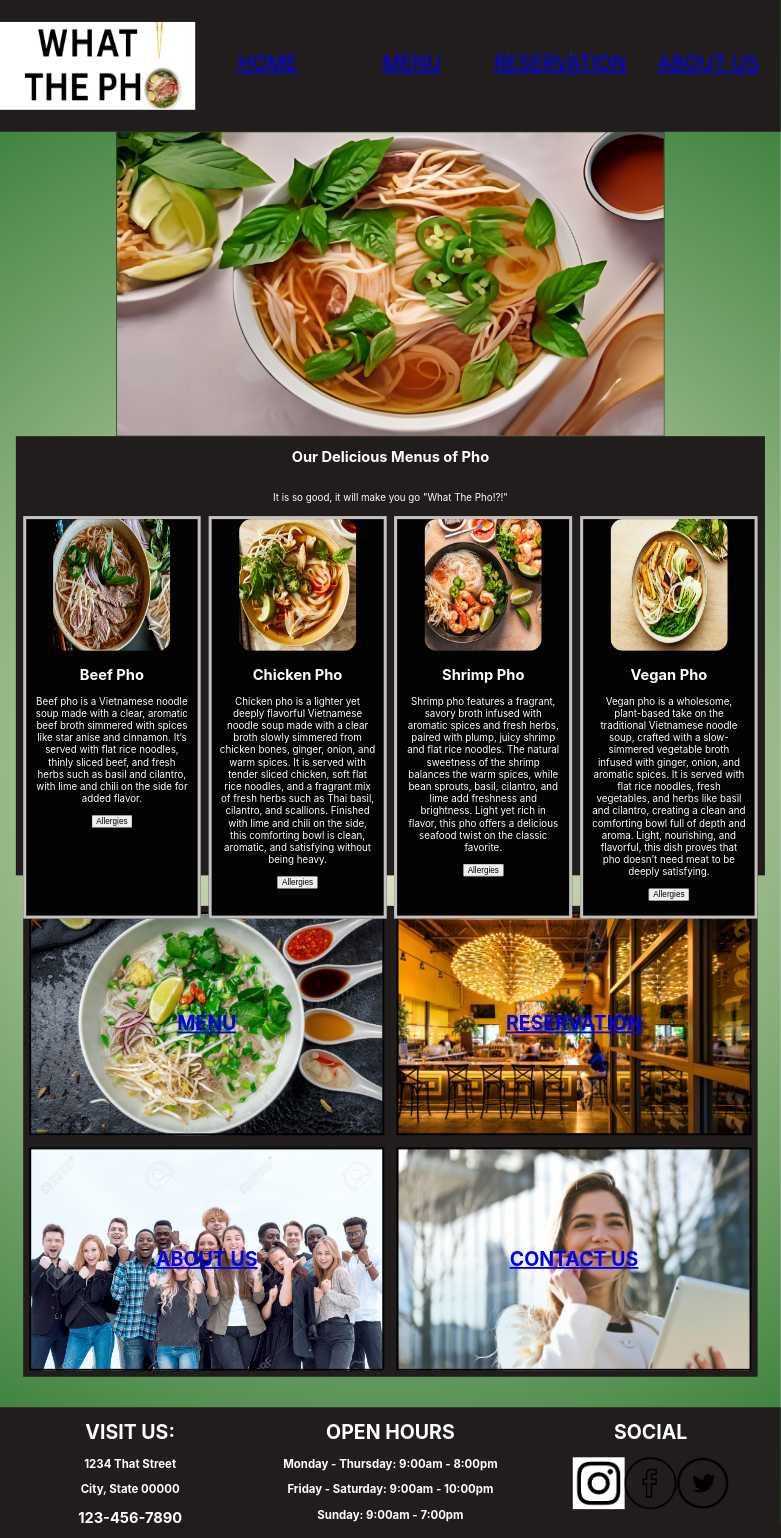
Repository: NguyenkhDang/Restaurant-Website
Page: /
These files come from the project's save history. The page is drawn as it stood at one moment and after the next save; the edit follows.
The browser window is 1280 px wide. The pictures show the whole page, at 61% of full size.
The project was rebuilt for these pictures with package versions that can differ from the ones it lists, and the page was loaded fresh each time. Also part of the build but not shown: src/Pages/MenuPage.js, src/ReservationForm.js, src/Pages/ReservationPage.js, src/Pages/AboutUsPage.js, src/Pages/ContactUsPage.js.

Above is the page before, as saved 2026-01-17 21:58:52.

After the next save:
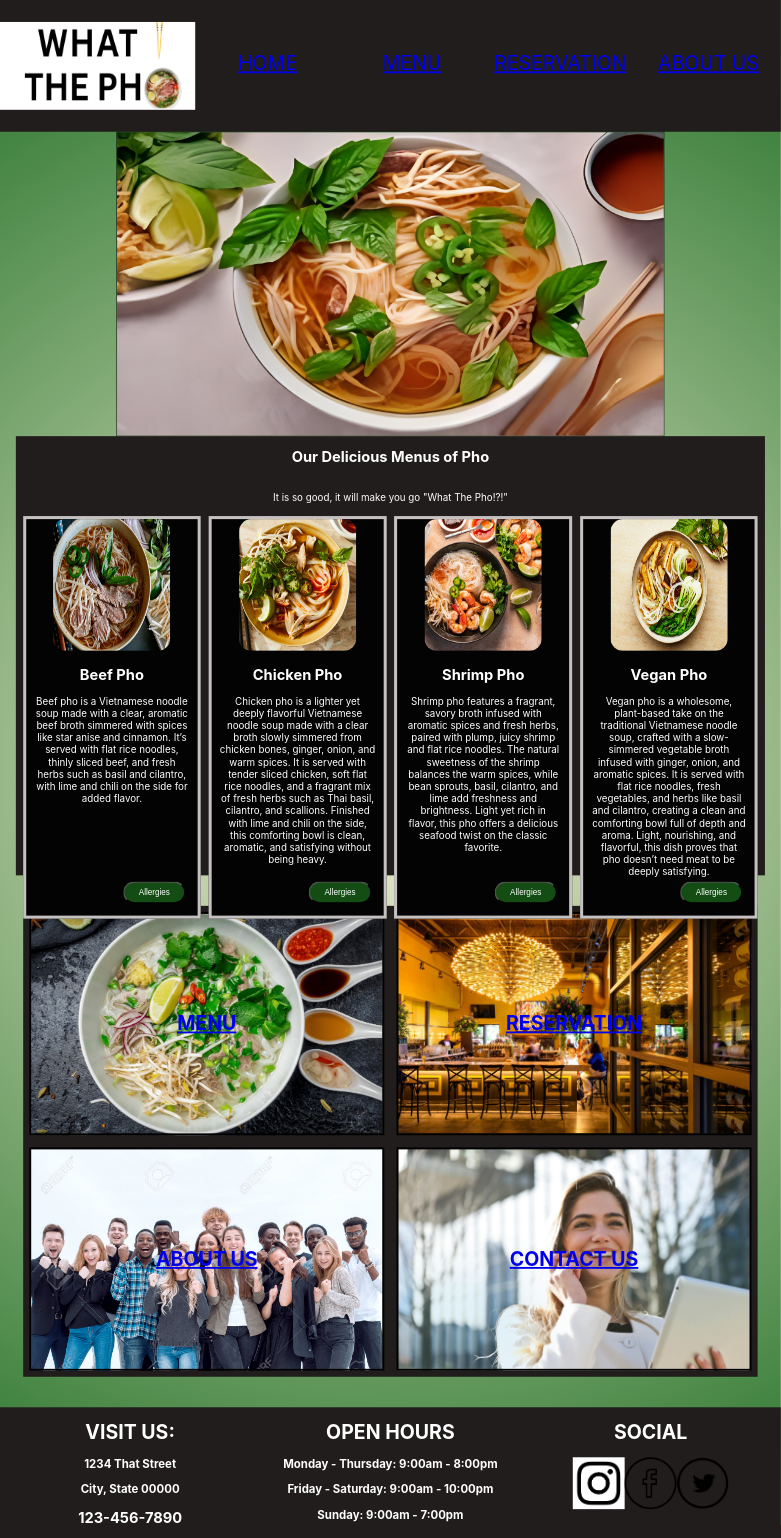
Saved 2 s later.
--- a/src/Readmore.js
+++ b/src/Readmore.js
@@ -21,7 +21,7 @@ function ReadMore({ image, title, description, allergies }) {
         )}
       </p>
 
-      <button onClick={() => setShowMore(!showMore)}>
+      <button className="btnShowMore" onClick={() => setShowMore(!showMore)}>
         {showMore ? "Close" : "Allergies"}
       </button>
     </div>
